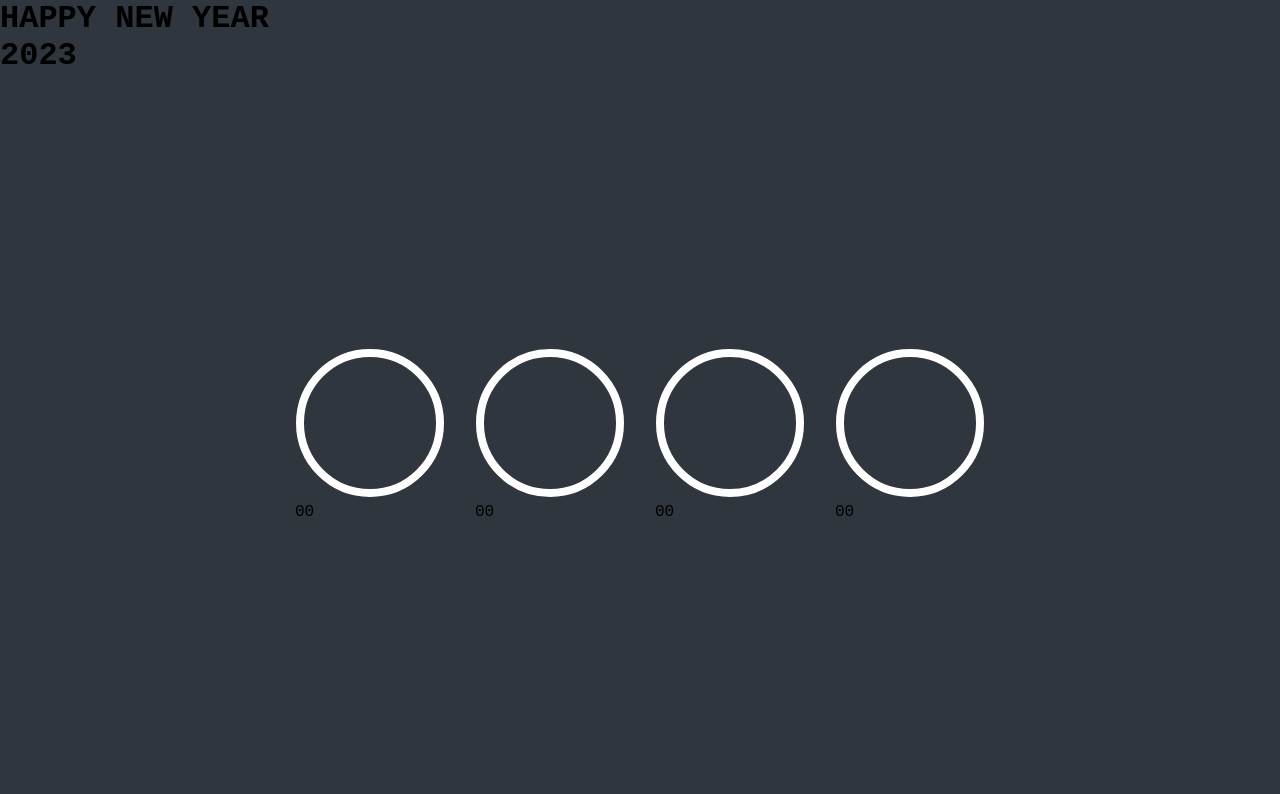
Repository: northpx/happyNY
Page: index.html
The author's editor kept a copy of each file at every save. The page is drawn from the files as they stood at one save, then again after a run of saves.
The browser window is 1280 px wide. The pictures show the whole page.

Above is the page before, as saved 2022-12-31 10:47:20.

### index.html
<!DOCTYPE html>
<html lang="en">
<head>
    <meta charset="UTF-8">
    <meta http-equiv="X-UA-Compatible" content="IE=edge">
    <meta name="viewport" content="width=device-width, initial-scale=1.0">
    <link rel="stylesheet" href="style.css">
    <title>Document</title>
</head>
<body>
    <h1>HAPPY NEW YEAR <br>2023</h1>
    <div class="time">
        <div class="circle" style="--clr:#fff">
            <div class="dots day_dot">
                <svg>
                    <circle cx="70" cy="70" r="70"></circle>
                    <circle cx="70" cy="70" r="70" id="dd"></circle>
                </svg>
                <div id="days">00</div>
            </div>
        </div>

        <div class="circle" style="--clr:#fff">
            <div class="dots hr_dot">
                <svg>
                    <circle cx="70" cy="70" r="70"></circle>
                    <circle cx="70" cy="70" r="70" id="hh"></circle>
                </svg>
                <div id="hours">00</div>
            </div>
        </div>

        <div class="circle" style="--clr:#fff">
            <div class="dots min_dot">
                <svg>
                    <circle cx="70" cy="70" r="70"></circle>
                    <circle cx="70" cy="70" r="70" id="mm"></circle>
                </svg>
                <div id="minutes">00</div>
            </div>
        </div>

        <div class="circle" style="--clr:#fff">
            <div class="dots sec_dot">
                <svg>
                    <circle cx="70" cy="70" r="70"></circle>
                    <circle cx="70" cy="70" r="70" id="ss"></circle>
                </svg>
                <div id="seconds">00</div>
            </div>
        </div>
    </div>
</body>
<script src="script.js">
</script>
</html>

### style.css
*{
    margin: 0;
    padding: 0;
    box-sizing: border-box;
    font-family: 'Courier New', Courier, monospace;
}
body{
    /* display: flex;
    justify-content: center;
    align-items: center; */
    min-height: 100vh;
     background: #2f363e;
}
.time{
    min-height: 100vh;
    display: flex;
    align-items: center;
    justify-content: center;
    gap: 30px;
}
.time .circle{
    position: relative;
    width: 150px;
    height: 150px;
    display: flex;
    justify-content: center;
    align-items: center;
}

.time .circle svg{
    position: relative;
    width: 150px;
    height: 150px;
}

.time .circle svg circle{
    width: 100%;height: 100%;
    fill: transparent;
    stroke-width: 8;
    stroke: #282828;
    transform: translate(5px, 5px);
}

.time .circle svg circle:nth-child(2){
    stroke: var(--clr);
    stroke-dasharray: 440;
}

### script.js

//thong dich
//quote
// ??
//use strict
//
//biginteger
//conversion(number, bool)

After the next 5 saves:
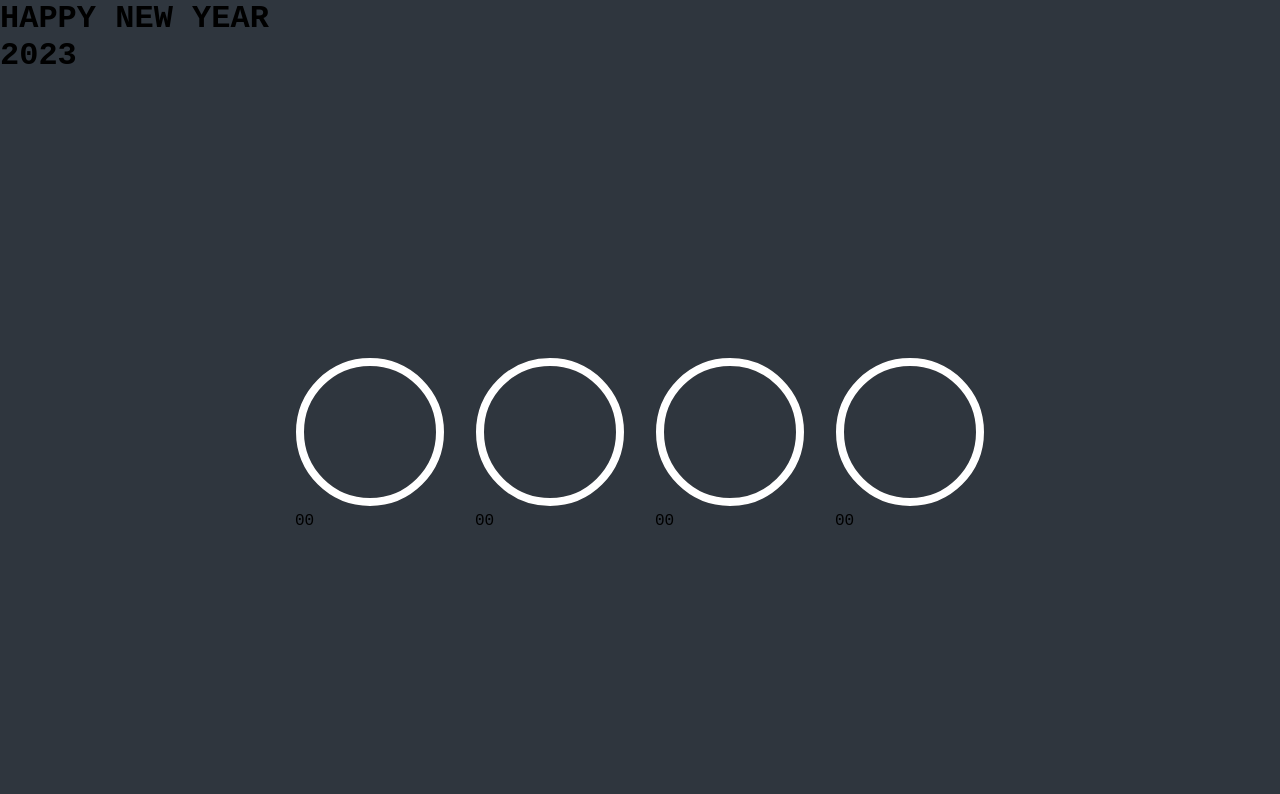
The 5 saves are shown as one change because they came seconds apart.
The last was saved 24 s later.
--- a/style.css
+++ b/style.css
@@ -45,3 +45,7 @@ body{
     stroke: var(--clr);
     stroke-dasharray: 440;
 }
+
+.time div{
+    position: absolute;
+}
